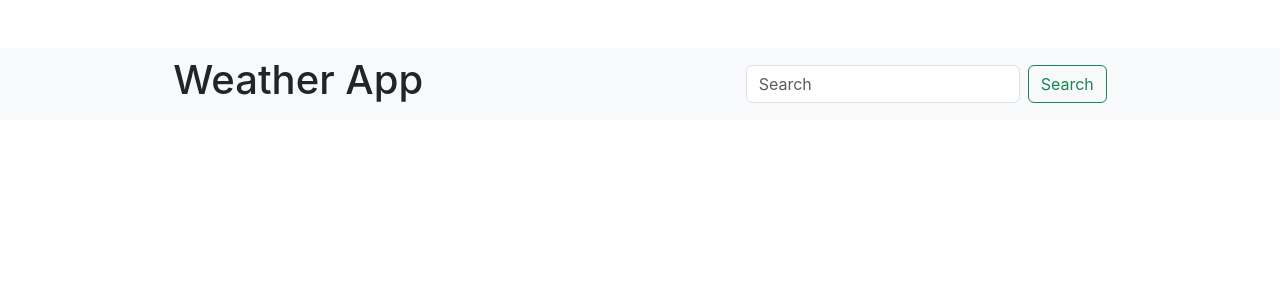
Repository: bhaveshtrades/weatherapp
Page: /
The author's editor kept a copy of each file at every save. The page is drawn from the files as they stood at one save, then again after the next save.
The browser window is 1280 px wide. The pictures show the whole page.
The project was rebuilt for these pictures with package versions that can differ from the ones it lists, and the page was loaded fresh each time. Also part of the build but not shown: src/components/CurrentWeather.jsx.

Above is the page before, as saved 2023-01-08 18:46:00.

After the next save:
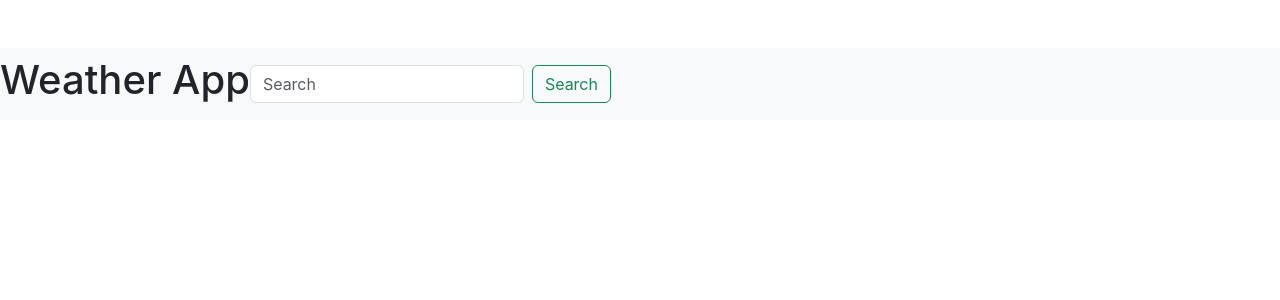
Saved 30 s later.
--- a/src/components/Navbar.jsx
+++ b/src/components/Navbar.jsx
@@ -5,7 +5,7 @@ function Navbar({resultProp, cityProp}){
   return (
     <>
     <nav className="navbar navbar-expand-lg bg-body-tertiary mt-5">
-    <div className="container-fluid">
+    <div >
     <div className="collapse navbar-collapse flex justify-content-around" id="navbarSupportedContent">
     <div>
     <h1>Weather App</h1>
